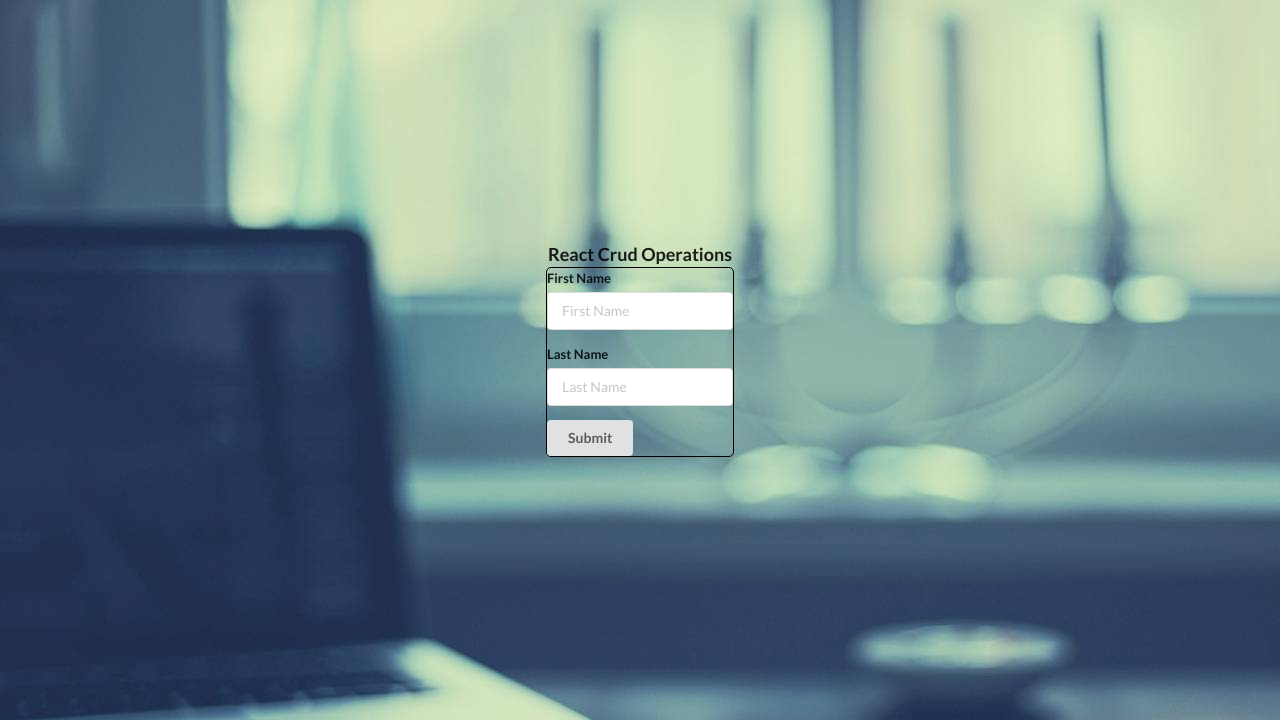
Repository: BhargavRudhra/React-CRUD
Page: /
An editor plug-in stored every save of this project. The page is shown before and after the next save, followed by the edit.
The browser window is 1280 px wide. The pictures show the whole page.
The project was rebuilt for these pictures with package versions that can differ from the ones it lists, and the page was loaded fresh each time. Also part of the build but not shown: src/components/read/read.js, src/components/update/update.js.

Above is the page before, as saved 2022-06-22 23:15:14.

After the next save:
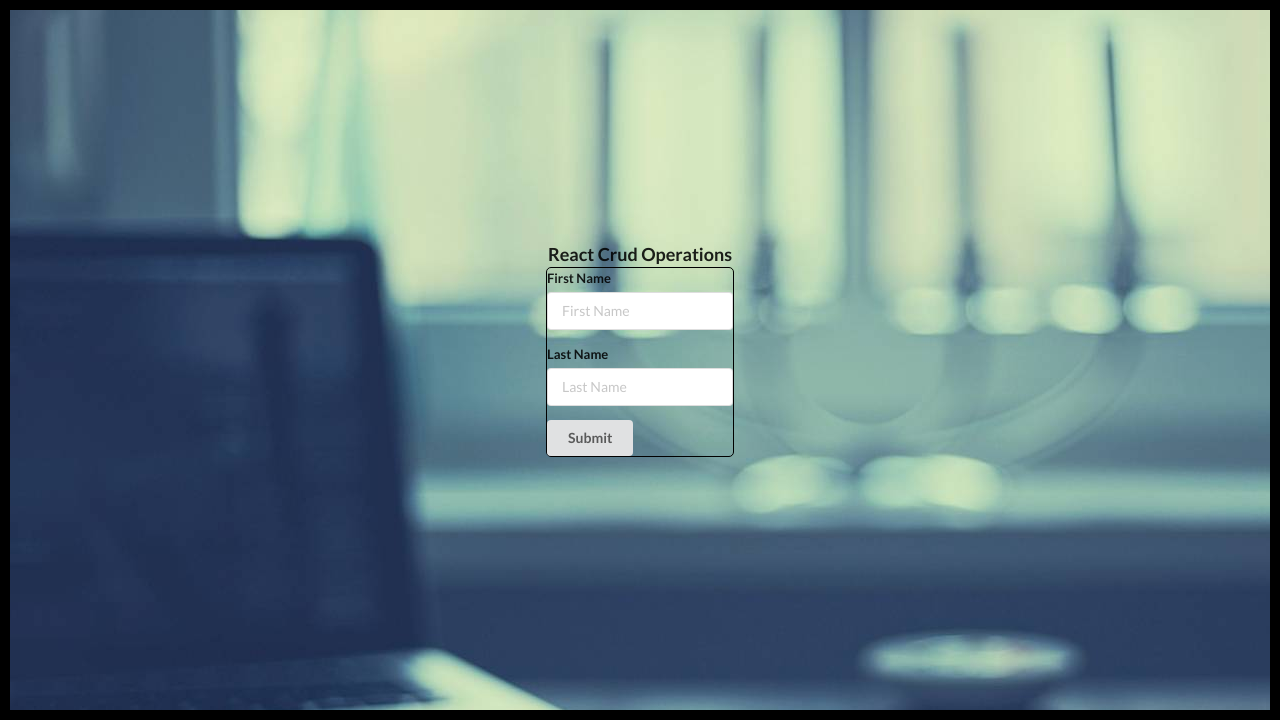
Saved 49 s later.
--- a/src/App.css
+++ b/src/App.css
@@ -6,4 +6,8 @@
     flex-direction: column;
     width: 100%;
     background-image: url(./images/CRUDpic.jpg);
+    border: 10px solid black;
 }
+.main1{
+
+}

After the save that followed:
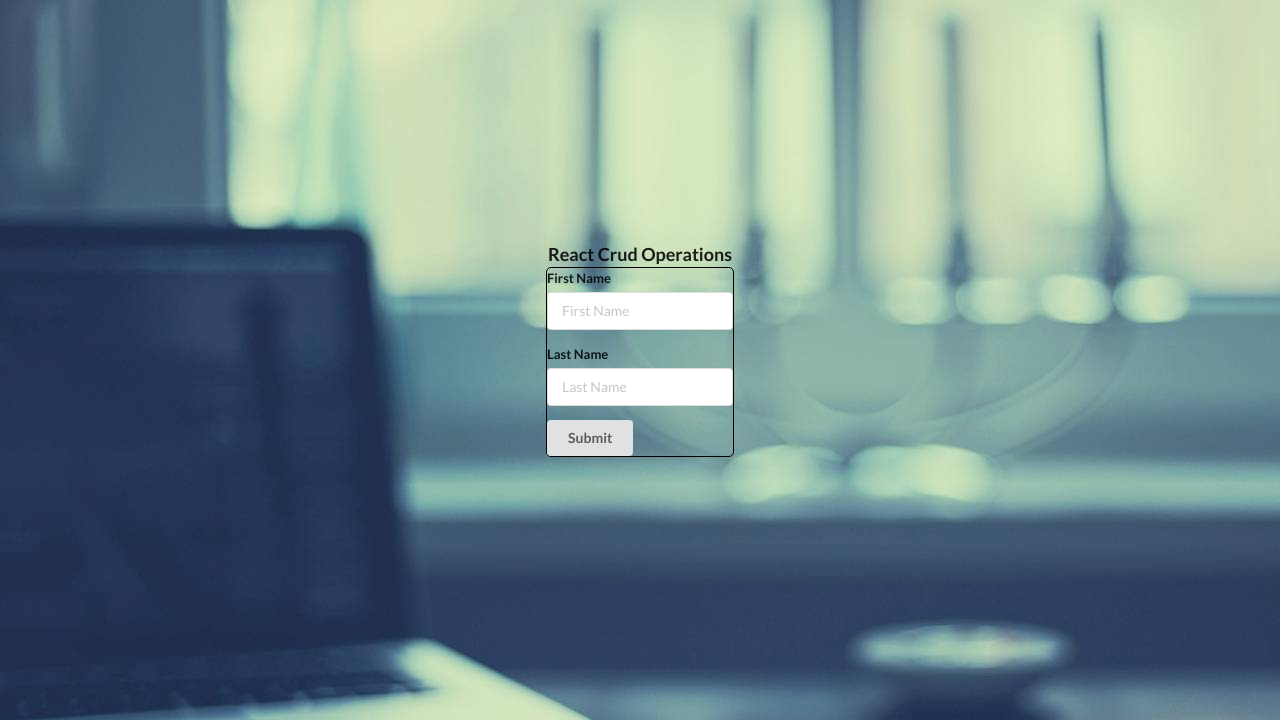
Saved 10 s later.
--- a/src/App.css
+++ b/src/App.css
@@ -6,7 +6,7 @@
     flex-direction: column;
     width: 100%;
     background-image: url(./images/CRUDpic.jpg);
-    border: 10px solid black;
+    /* border: 10px solid black; */
 }
 .main1{
 
